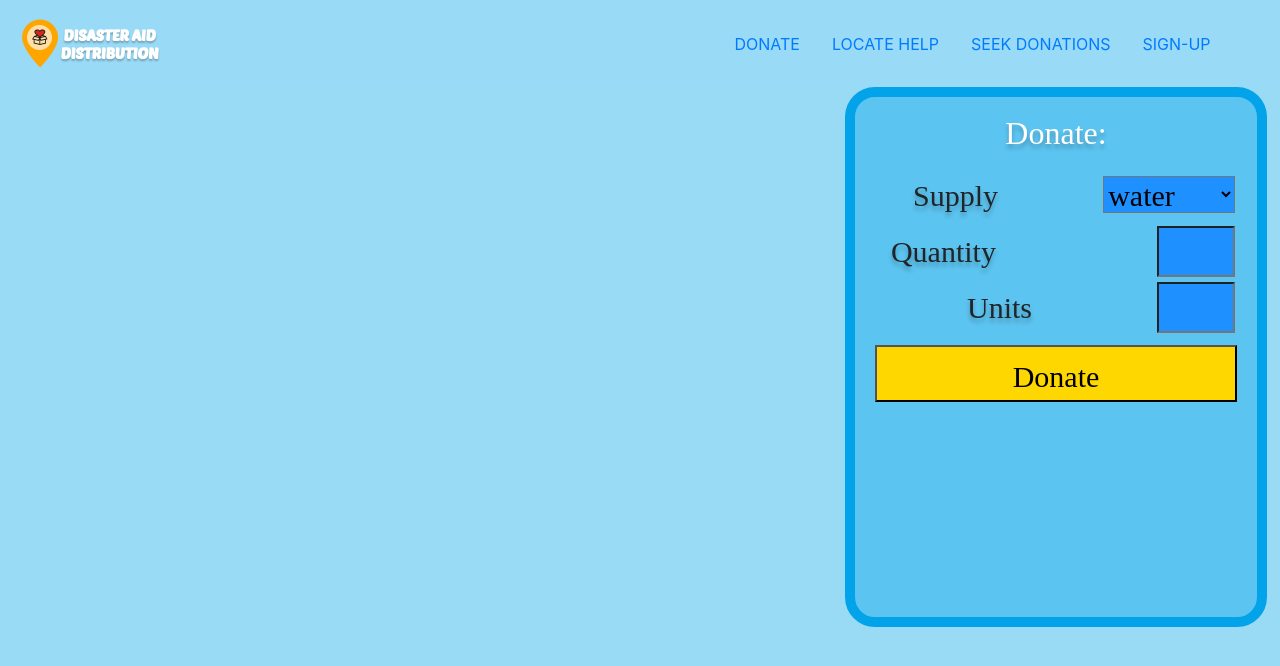
Repository: uprm-inso-4115-2019-2020-S2/semester-project-inso4115-DisasterAid-backend
Page: /donate-modal (app in disaster-aid/)
These files come from the project's save history. The page is drawn as it stood at one moment and after the next save; the edit follows.
The browser window is 1280 px wide. The pictures show the whole page.
The project was rebuilt for these pictures with package versions that can differ from the ones it lists, and the page was loaded fresh each time. Also part of the build but not shown: disaster-aid/angular.json, disaster-aid/src/app/login/login.component.ts, disaster-aid/src/app/register/register.component.ts, disaster-aid/src/app/home/home.component.ts, disaster-aid/src/app/landing-page/landing-page.component.ts, disaster-aid/src/app/donations/donations.component.ts, disaster-aid/src/app/donations.service.ts.

Above is the page before, as saved 2020-05-09 02:13:53.

After the next save:
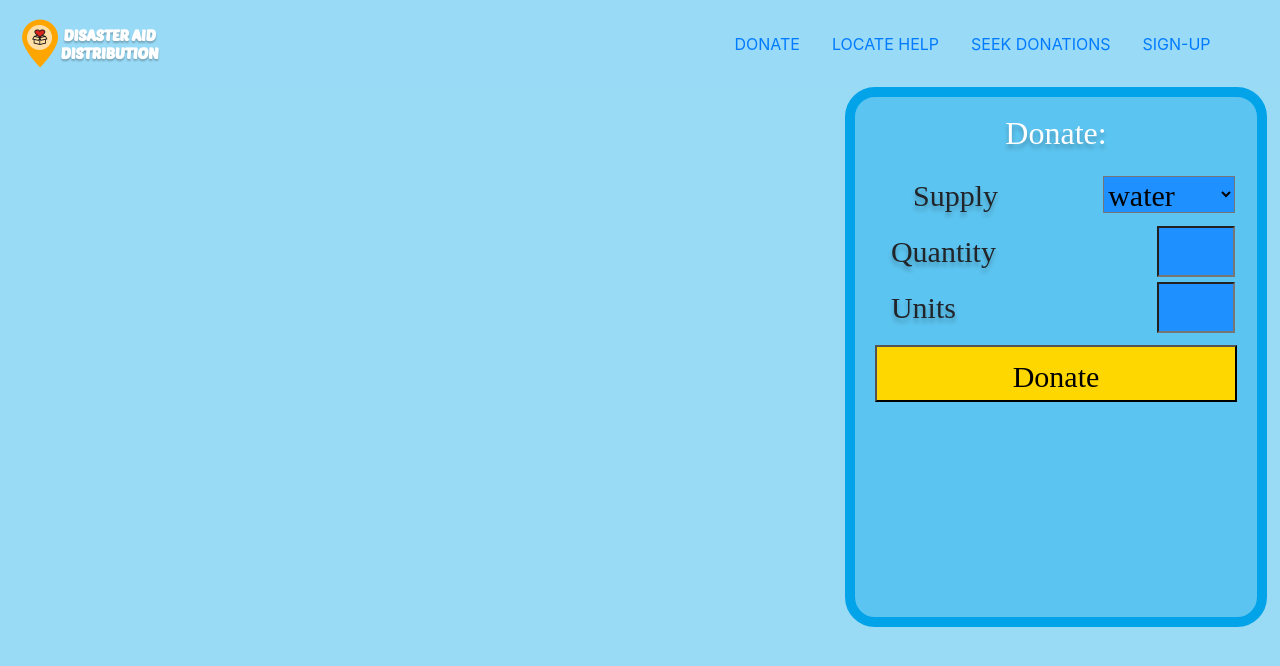
Saved 8 s later.
--- a/disaster-aid/src/app/donate-modal/donate-modal.component.html
+++ b/disaster-aid/src/app/donate-modal/donate-modal.component.html
@@ -35,7 +35,7 @@
                 <input type="number" class="select" id="quantity" name="quantity" min="1" max="5">
             </div>
             <div>
-                <label for="units" style="width:50%; text-align:left;">Units</label>
+                <label for="units" style="width:70%; text-align:left;">Units</label>
                 <input type="number" class="select" id="quantity" name="quantity" min="1" max="5">
             </div>
         </div>
